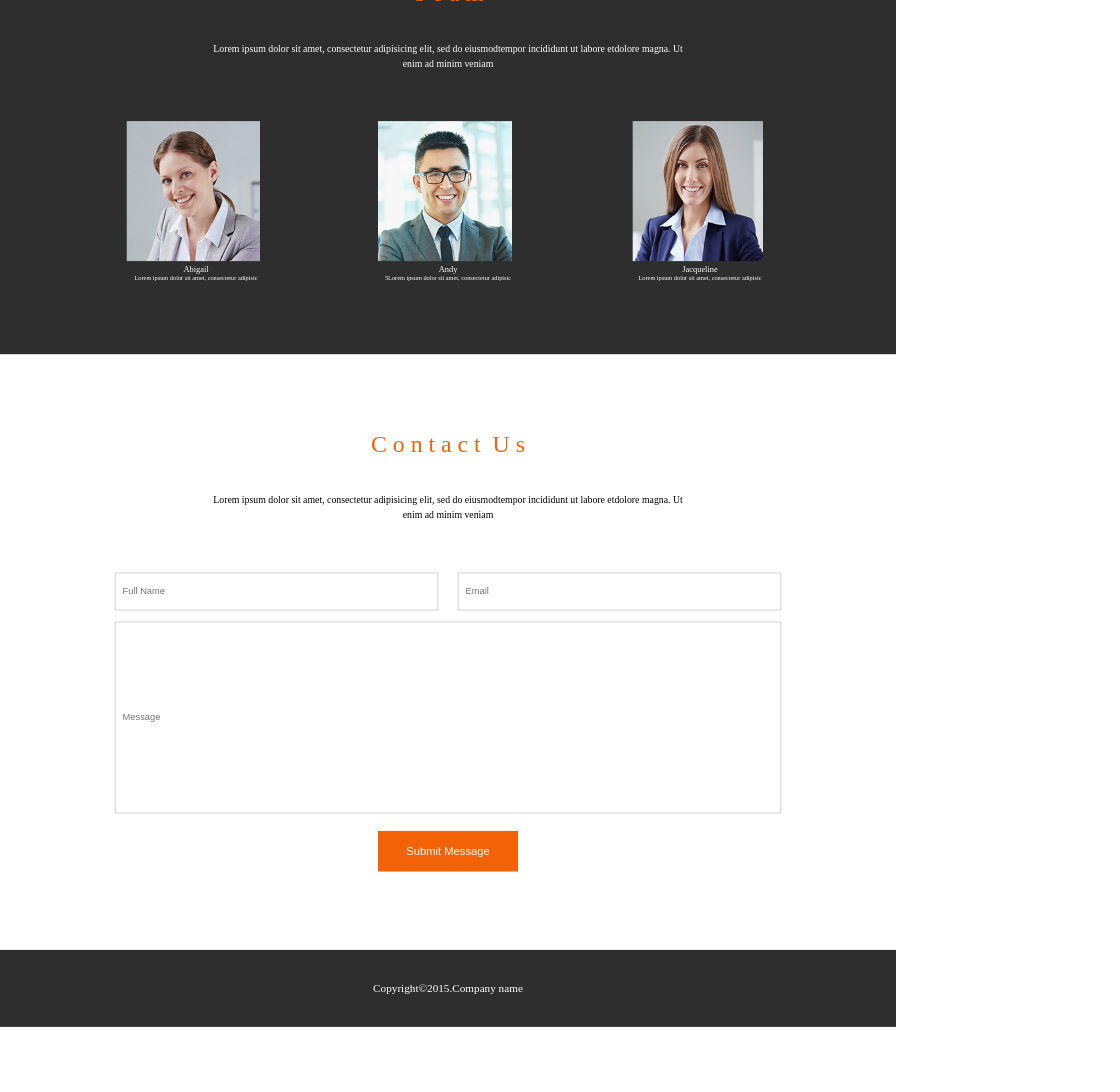
Repository: ScarApocalypse/study
Page: HTML5learning/HTML5作业/index.html
The author's editor kept a copy of each file at every save. The page is drawn from the files as they stood at one save, then again after the next save.
The browser window is 1280 px wide. The page is 1600 px wide, so the pictures cover 1600 px, including what lies to the right of the window. The pictures show the part of the page from y = 2440 to 4000 px (the page is 4000 px tall before and 3907 px after), at 70% of full size.

Above is the page before, as saved 2019-03-20 21:47:59.

### HTML5learning/HTML5作业/index.html
<!DOCTYPE html>
<html lang="en">
<head>
    <meta charset="UTF-8">
    <title>Document</title>
    <link rel="stylesheet" href="css/index.css">
    <script src="js/index.js"></script>
</head>
<body>
    <!-- 顶部区域 -->
    <header>
            <div class="container">
                    <a href="index.html" class="logo"><img src="img/logo.jpg" alt=""></a>
                    <nav>
                        <a href="#">HOME</a>
                        <a href="#">PORTFOLIO</a>
                        <a href="#">TEAM</a>
                        <a href="#">CONTACT US</a>
                    </nav>
            </div>

    </header>
    <!-- banner区域 -->
    <section class="banner">
        <div class="container">
                <article>
                        <h1>Welcome to Website</h1>
                        <p>Lorem ipsum dolor sit amet, consectetur adipisicing elit</p>
                    </article>
        </div>

    </section>
    <!-- Portfolio区域 -->
    <section class="Portfolio">
        <div class="container">
            <aside>
                <h1>P o r t f o l i o</h1>
            </aside>
            <article>
                <p>Lorem ipsum dolor sit amet, consectetur adipisicing elit, sed do eiusmodtempor incididunt ut labore etdolore magna. Ut enim ad minim veniam</p>
                <ul class="keyWord clearfix">
                    <li>ALL</li>
                    <li>WEB</li>
                    <li>SOFTWARE</li>
                    <li>WORKS</li>
                    <li>BRANDS</li>
                </ul>
            </article>

        </div>
        <div class="portfolio-nav"></div>
    </section>
    <!-- Stats区域 -->
    <section class="Stats">
            <div class="container">
                    <aside>
                        <h1>S t a t s</h1>
                    </aside>
                    <article>
                        <p>Lorem ipsum dolor sit amet, consectetur adipisicing elit, sed do eiusmodtempor incididunt ut labore etdolore magna. Ut enim ad minim veniam</p>
                    </article>

            </div>
                <div class="stats-icon clearfix">
                    <div class="item">
                            <img src="img/stats1.jpg" alt="">
                            <div class="name">Margins</div>
                            <div class="number">1 2, 0 0 0</div>
                    </div>
                    <div class="item">
                            <img src="img/stats2.jpg" alt="">
                            <div class="name">Completed</div>
                            <div class="number">5 , 6 8 1</div>
                    </div>
                    <div class="item">
                            <img src="img/stats3.jpg" alt="">
                            <div class="name">Projects</div>
                            <div class="number">4 3 2</div>
                    </div>
                    <div class="item">
                            <img src="img/stats4.jpg" alt="">
                            <div class="name">Customers</div>
                            <div class="number">8 6</div>
                    </div>
                </div>
    </section>
    <!-- Team区域 -->
    <section class="Team">
            <div class="container">
                    <aside>
                        <h1>T e a m</h1>
                    </aside>
                    <article>
                        <p>Lorem ipsum dolor sit amet, consectetur adipisicing elit, sed do eiusmodtempor incididunt ut labore etdolore magna. Ut enim ad minim veniam</p>
                    </article>
           </div>
           <div class="workerInfo">
               <div class="item">
                   <img src="img/team1.jpg" alt="">
                   <div class="name">Abigail</div>
                   <div class="detail">Lorem ipsum dolor sit amet, consectetur adipisic</div>
               </div>
               <div class="item">
                    <img src="img/team2.jpg" alt="">
                    <div class="name">Andy</div>
                    <div class="detail">5Lorem ipsum dolor sit amet, consectetur adipisic</div>
                </div>
                <div class="item">
                        <img src="img/team3.jpg" alt="">
                        <div class="name">Jacqueline</div>
                        <div class="detail">Lorem ipsum dolor sit amet, consectetur adipisic</div>
                    </div>
           </div>
    </section>
    <!-- Contact区域 -->
    <section class="Contact">
            <div class="container">
                    <aside>
                        <h1>C o n t a c t&nbsp;&nbsp;U s</h1>
                    </aside>
                    <article>
                        <p>Lorem ipsum dolor sit amet, consectetur adipisicing elit, sed do eiusmodtempor incididunt ut labore etdolore magna. Ut enim ad minim veniam</p>
                    </article>
           </div>

           <form id="contact-form">

                <div class="item">
                   <input type="text" required placeholder="Full Name">
               </div>
               <div class="item">
                    <input type="email" required placeholder="Email">
                </div>
                <div class="item">
                        <input type="text" required placeholder="Message">
                </div>
                <input type="submit" value="Submit Message">
           </form>
    </section>
    <!-- 页脚区域 -->
    <footer>
        <span class="copyright-info">Copyright&copy;2015.Company name</span>
    </footer>
</body>
</html>

### HTML5learning/HTML5作业/css/index.css
*{
    margin:0;
    padding:0;
    list-style: none;
}
body{
    height: 4000px;
    font-family:Microsoft YaHei UI;
}
a{
    text-decoration: none;
}
.clearfix:after{
    content:"";
    height: 0;
    line-height: 0;
    display: block;
    visibility: hidden;
    clear:both;
}
.clearfix{
    zoom:1;
}
/* 顶部区域 */
header{
    height: 95px;
    width: 100%;
    background: #2e2e2e;
}
header > .container{
    width: 1600px;
    margin:0 auto;
    line-height: 95px;
}
header > .container > a.logo{
    float: left;
    margin-top:7px;
}
header > .container > nav{
    float:right;
}
header > .container > nav > a{
    float: left;
    color:#fff;
    margin-left:50px;
}
/* banner区域 */
.banner{
    height: 675px;
    width: 100%;
    background:url(../img/banner.jpg) no-repeat center;
    background-size: cover;
    color:#fff;
    /* overflow: hidden; */
}
.banner > .container{
    width: 850px;
    margin:0 auto;
    text-align: center;
    padding-top:280px;

}
.banner > .container > article > h1{
    font-size:57px;

}
.banner > .container > article > p{
    font-size:16px;
    line-height: 1.5em;
}
/* Portfolio区域 */
.Team,
.Contact,
.Stats,
.Portfolio{
    width: 100%;
    /* height: 410px; */
    overflow: hidden;
    text-align: center;
}
.Contact > .container,
.Team > .container,
.Stats > .container,
.Portfolio > .container{
    width: 700px;
    margin:0 auto;
    text-align: center;

}
.Contact > .container > aside >h1,
.Team > .container > aside >h1,
.Stats > .container > aside >h1,
.Portfolio > .container > aside >h1{
    color:#f46208;
    font-size:34px;
    font-weight:500;
    margin:110px 0 50px;
}
.Contact > .container > article >p,
.Team > .container > article >p,
.Stats > .container > article >p,
.Portfolio > .container > article >p{
    font-size:14px;
    font-weight: 500;
    margin-bottom:72px;
    line-height: 1.5em;
}
.Contact > .container > article > ul.keyWord,
.Team > .container > article > ul.keyWord,
.Stats > .container > article > ul.keyWord,
.Portfolio > .container > article > ul.keyWord{
    display: inline-block;
    margin-bottom:50px;
}
.Contact > .container > article > ul.keyWord >li,
.Team > .container > article > ul.keyWord >li,
.Stats > .container > article > ul.keyWord >li,
.Portfolio > .container > article > ul.keyWord >li{
    float: left;
    /* width: 60px; */
    height: 40px;
    border:1px solid #f46208;
    text-align: center;
    line-height: 40px;
    margin:0 16px;
    font-size:16px;
    padding:0 10px;
    color:#f46208;
}
.Contact > .container > article > ul.keyWord >li:hover
.Team > .container > article > ul.keyWord >li:hover
.Stats > .container > article > ul.keyWord >li:hover
.Portfolio > .container > article > ul.keyWord >li:hover{
    background: #f46208;
    color:#fff;
    cursor: pointer;
}
.portfolio-nav{
    background: url(../img/portfolio-nav-img.jpg) no-repeat center;
    background-size: cover;
    height: 560px;
    width: 100%;
}
/* Stats区域 */
.Stats{
    text-align: center;
}
.Stats > .stats-icon{
   display: inline-block;
   margin-bottom:115px;
}
.Stats > .stats-icon > .item{

    width: 145px;
    /* height: 160px; */
    float: left;
    margin:0 35px;
}
.Stats > .stats-icon > .item >.name{
    margin:15px 0;
    font-size:16px;
}
.Stats > .stats-icon > .item >.number{
    font-size:25px;
    color:#f46208;
}
/* TEAM区域 */
.Team{
    background: #2e2e2e;
    color:#fff;
    text-align: center;
}
.Team > .workerInfo{
    display: inline-block;
    text-align: center;
    margin-bottom:100px;
}
.Team > .workerInfo > .item{
    width: 240px;
    margin:0 60px;
    float: left;
}
.Team > .workerInfo > .item img{
    width: 200px;
    height: 200px;
}
.Team > .workerInfo > .item > .name{
    font-size:12px;
}
.Team > .workerInfo > .item > .detail{
    font-size:9px;
}
/* contact区域 */
.Contact >form{

    width: 952px;
    margin:0 auto;
}
.Contact > form > .item{
    float: left;
}
.Contact > form > .item:nth-child(2){
    float: right;
}
.Contact > form > .item:last-child{
    display: block;
}
.Contact > form > .item input{
    width: 460px;
    height: 52px;
    border:1px solid #bfbfbf;
    text-indent: 10px;
    line-height: 52px;
    color:#bfbfbf;
}
.Contact > form > .item:nth-child(3) input{
    width: 950px;
    height: 272px;
    margin-top:16px;
    line-height: 272px;
}
.Contact > form > input{
    width: 200px;
    height: 58px;
    border:none;
    cursor: pointer;
    color:#fff;
    background-color:#f46208;
    font-size:16px;
    margin:25px 0 112px;
}
/* 页脚区域 */
footer{
    height: 110px;
    background: #2e2e2e;
    text-align: center;
    color:#fff;
    font-size:16px;
    line-height: 110px;
}

### HTML5learning/HTML5作业/js/index.js
window.onload=function(){
    console.log("hello");
};

After the next save:
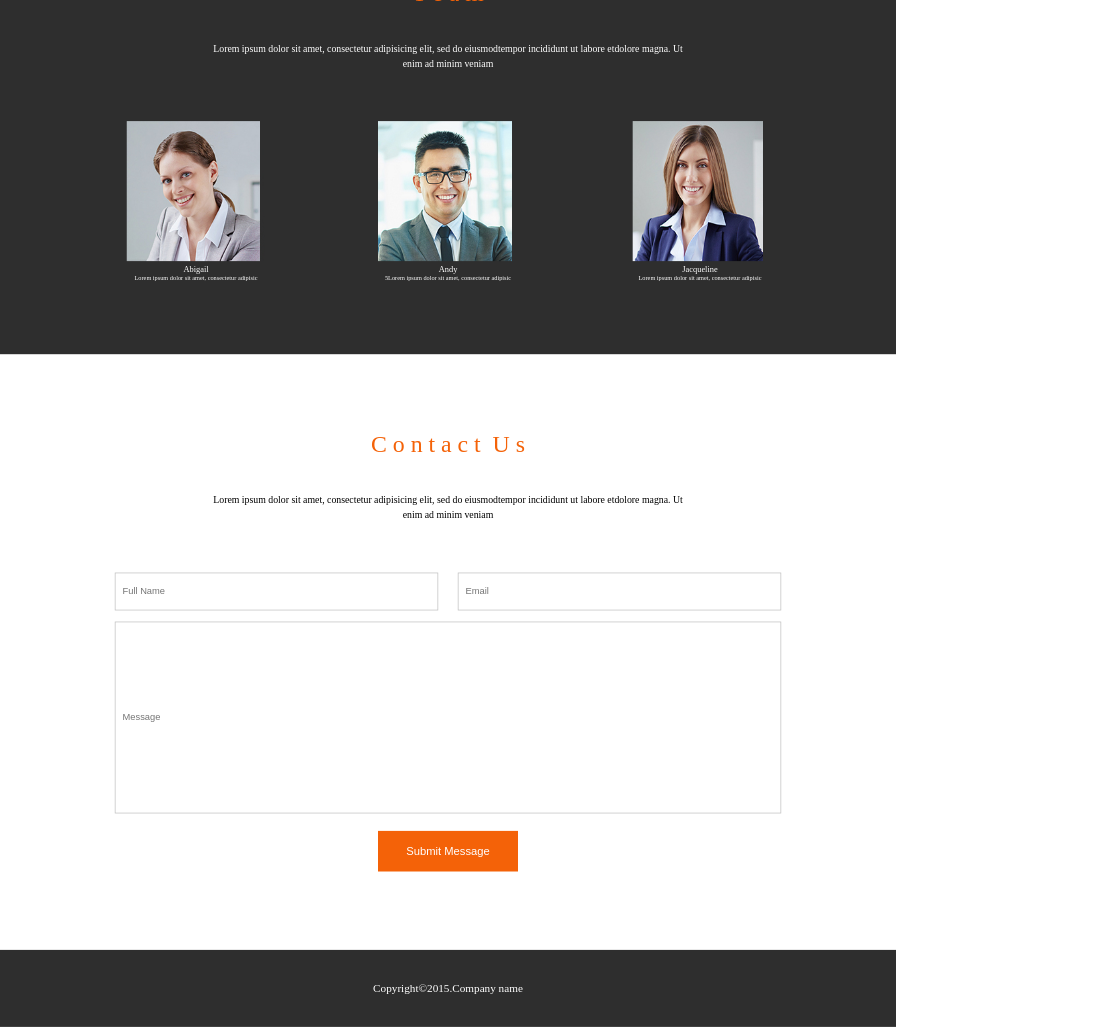
Saved 13 s later.
--- a/HTML5learning/HTML5作业/css/index.css
+++ b/HTML5learning/HTML5作业/css/index.css
@@ -4,7 +4,7 @@
     list-style: none;
 }
 body{
-    height: 4000px;
+
     font-family:Microsoft YaHei UI;
 }
 a{
